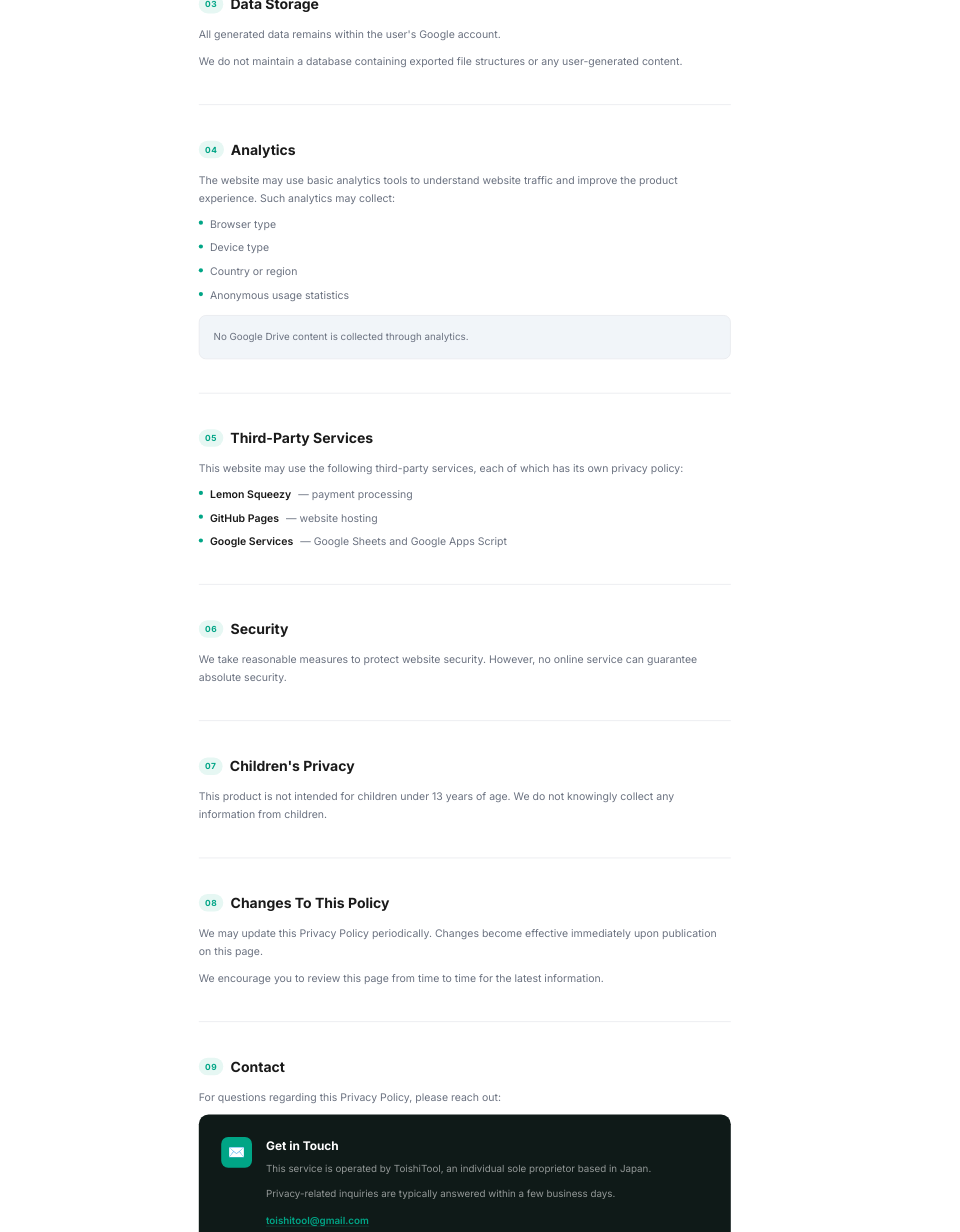
Repository: toishitool/gdrive-to-sheet
Page: privacy-policy.html
The author's editor kept a copy of each file at every save. The page is drawn from the files as they stood at one save, then again after the next save.
The browser window is 1280 px wide. The page is 1372 px wide, so the pictures cover 1372 px, including what lies to the right of the window. The pictures show the part of the page from y = 1123 to 2883 px (the page is 3201 px tall before and 3213 px after), at 70% of full size.

Above is the page before, as saved 2026-06-21 20:33:14.

### privacy-policy.html
<!DOCTYPE html>
<html lang="en" class="scroll-smooth">
<head>
  <meta charset="UTF-8" />
  <meta name="viewport" content="width=device-width, initial-scale=1.0" />
  <title>Privacy Policy – GDrive To Sheet</title>
  <meta name="description" content="Privacy Policy for GDrive To Sheet. Learn how we handle your data — spoiler: we don't collect any." />
  <meta name="robots" content="noindex" />
  <link rel="canonical" href="https://toishitool.github.io/gdrive-to-sheet/privacy-policy.html" />

  <link rel="preconnect" href="https://fonts.googleapis.com" />
  <link rel="preconnect" href="https://fonts.gstatic.com" crossorigin />
  <link href="https://fonts.googleapis.com/css2?family=Inter:wght@300;400;500;600;700;800&display=swap" rel="stylesheet" />

  <link rel="stylesheet" href="style.css">
</head>
<body>

<div id="header-container"></div>


<main>
  <div class="page-wrap">

    <header class="page-header">
      <span class="eyebrow">Legal</span>
      <h1>Privacy Policy</h1>
      <div class="meta">
        <span>GDrive To Sheet</span>
        <span class="meta-dot">·</span>
        <span id="last-updated">Last updated: —</span>
      </div>
    </header>

    <div class="intro-block">
      <span class="icon">🔒</span>
      <p>Thank you for using <strong>GDrive To Sheet</strong>. Your privacy is important to us. This policy explains what data we do — and do not — collect, and how the product operates with respect to your files.</p>
    </div>

    <div class="content-layout">

      <div class="main-content">
        <div class="policy-section" id="s1">
          <h2><span class="section-num">01</span>Information We Collect</h2>
          <p>GDrive To Sheet does not collect, store, transmit, or sell personal files or Google Drive contents.</p>
          <p>The product operates directly within the user's own Google Account through Google Apps Script and Google Sheets.</p>
          <p>We do not operate any external processing servers for file analysis.</p>
        </div>
        <div class="section-divider"></div>

        <div class="policy-section" id="s2">
          <h2><span class="section-num">02</span>Google Drive Access</h2>
          <p>The product requires Google permissions solely to:</p>
          <ul>
            <li>Read folder and file metadata</li>
            <li>Generate folder structure exports</li>
            <li>Create spreadsheet outputs within the user's Google account</li>
          </ul>
          <div class="highlight-card">
            <p>The tool does <strong>not</strong> upload file contents to any external server. All processing happens within your Google account.</p>
          </div>
        </div>
        <div class="section-divider"></div>

        <div class="policy-section" id="s3">
          <h2><span class="section-num">03</span>Data Storage</h2>
          <p>All generated data remains within the user's Google account.</p>
          <p>We do not maintain a database containing exported file structures or any user-generated content.</p>
        </div>
        <div class="section-divider"></div>

        <div class="policy-section" id="s4">
          <h2><span class="section-num">04</span>Analytics</h2>
          <p>The website may use basic analytics tools to understand website traffic and improve the product experience. Such analytics may collect:</p>
          <ul>
            <li>Browser type</li>
            <li>Device type</li>
            <li>Country or region</li>
            <li>Anonymous usage statistics</li>
          </ul>
          <div class="highlight-card">
            <p>No Google Drive content is collected through analytics.</p>
          </div>
        </div>
        <div class="section-divider"></div>

        <div class="policy-section" id="s5">
          <h2><span class="section-num">05</span>Third-Party Services</h2>
          <p>This website may use the following third-party services, each of which has its own privacy policy:</p>
          <ul>
            <li><strong>Lemon Squeezy</strong> — payment processing</li>
            <li><strong>GitHub Pages</strong> — website hosting</li>
            <li><strong>Google Services</strong> — Google Sheets and Google Apps Script</li>
          </ul>
        </div>
        <div class="section-divider"></div>

        <div class="policy-section" id="s6">
          <h2><span class="section-num">06</span>Security</h2>
          <p>We take reasonable measures to protect website security. However, no online service can guarantee absolute security.</p>
        </div>
        <div class="section-divider"></div>

        <div class="policy-section" id="s7">
          <h2><span class="section-num">07</span>Children's Privacy</h2>
          <p>This product is not intended for children under 13 years of age. We do not knowingly collect any information from children.</p>
        </div>
        <div class="section-divider"></div>

        <div class="policy-section" id="s8">
          <h2><span class="section-num">08</span>Changes To This Policy</h2>
          <p>We may update this Privacy Policy periodically. Changes become effective immediately upon publication on this page.</p>
          <p>We encourage you to review this page from time to time for the latest information.</p>
        </div>
        <div class="section-divider"></div>

        <div class="policy-section" id="s9">
          <h2><span class="section-num">09</span>Contact</h2>
          <p>For questions regarding this Privacy Policy, please reach out:</p>
          <div class="contact-block">
            <div class="cicon">✉️</div>
            <div>
              <h3>Get in Touch</h3>
              <p>This service is operated by ToishiTool, an individual sole proprietor based in Japan.</p>
              <p>Privacy-related inquiries are typically answered within a few business days.</p>
              <a href="mailto:toishitool@gmail.com">toishitool@gmail.com</a>
            </div>
          </div>
        </div>
      </div>

      <input type="checkbox" id="toc-toggle" class="toc-trigger-input" />

      <label for="toc-toggle" class="toc-trigger-btn" aria-label="Toggle contents menu">
        <svg class="icon-open" width="22" height="22" fill="none" stroke="currentColor" stroke-width="2.5" viewBox="0 0 24 24">
          <line x1="3" y1="12" x2="21" y2="12"></line>
          <line x1="3" y1="6" x2="21" y2="6"></line>
          <line x1="3" y1="18" x2="21" y2="18"></line>
        </svg>
        <svg class="icon-close" width="22" height="22" fill="none" stroke="currentColor" stroke-width="2.5" viewBox="0 0 24 24">
          <line x1="18" y1="6" x2="6" y2="18"></line>
          <line x1="6" y1="6" x2="18" y2="18"></line>
        </svg>
      </label>

      <nav class="toc" aria-label="Table of contents">
        <h3>Contents</h3>
        <ol>
          <li><a href="#s1" onclick="document.getElementById('toc-toggle').checked = false;">Information We Collect</a></li>
          <li><a href="#s2" onclick="document.getElementById('toc-toggle').checked = false;">Google Drive Access</a></li>
          <li><a href="#s3" onclick="document.getElementById('toc-toggle').checked = false;">Data Storage</a></li>
          <li><a href="#s4" onclick="document.getElementById('toc-toggle').checked = false;">Analytics</a></li>
          <li><a href="#s5" onclick="document.getElementById('toc-toggle').checked = false;">Third-Party Services</a></li>
          <li><a href="#s6" onclick="document.getElementById('toc-toggle').checked = false;">Security</a></li>
          <li><a href="#s7" onclick="document.getElementById('toc-toggle').checked = false;">Children's Privacy</a></li>
          <li><a href="#s8" onclick="document.getElementById('toc-toggle').checked = false;">Changes To This Policy</a></li>
          <li><a href="#s9" onclick="document.getElementById('toc-toggle').checked = false;">Contact</a></li>
        </ol>
      </nav>

    </div>
    </div>
</main>

<div id="footer-container"></div>
<script src="js/common.js"></script>


<script>
  // Auto date
  const d = new Date();
  const formatted = d.toLocaleDateString('en-US', { year: 'numeric', month: 'long', day: 'numeric' });
  document.getElementById('last-updated').textContent = 'Last updated: ' + formatted;
</script>

</body>
</html>

### header.html
<nav aria-label="Main navigation">
  <div class="nav-inner">
    <a href="index.html" class="nav-logo">
      <img src="images/logo_gdrivetosheet.png" alt="GDrive To Sheet" />
    </a>
    <a href="index.html" class="nav-back hover-underline">
      <svg width="14" height="14" fill="none" stroke="currentColor" stroke-width="2.5" viewBox="0 0 24 24"><polyline points="15 18 9 12 15 6"/></svg>
      Back to Home
    </a>
  </div>
</nav>

### footer.html
<footer role="contentinfo" class="footer">
  <div class="container">
    <div class="footer-inner">
      <a href="index.html" class="footer-logo">
        <img src="images/logo_gdrivetosheet_dk.png" alt="GDrive To Sheet Home" />
      </a>

      <div class="footer-links">
        <a href="privacy-policy.html">Privacy Policy</a>
        <a href="terms.html">Terms of Use</a>
        <a href="license.html">License Terms</a>
        <a href="refund-policy.html">Refund Policy</a>
        <a href="contact.html">Contact</a>
        <a href="support.html">Support &amp; FAQ</a>
      </div>

      <div class="footer-bottom-text">
        <span class="footer-copy">Independent software by ToishiTool</span>
        <span class="footer-copy">
          © <span id="year"></span> ToishiTool. All rights reserved.
        </span>

        <script>
          document.getElementById("year").textContent =
            new Date().getFullYear();
        </script>
      </div>
    </div>
  </div>
</footer>

Loaded but not shown: js/common.js (30 lines, source omitted); style.css (2936 lines, source omitted)

After the next save:
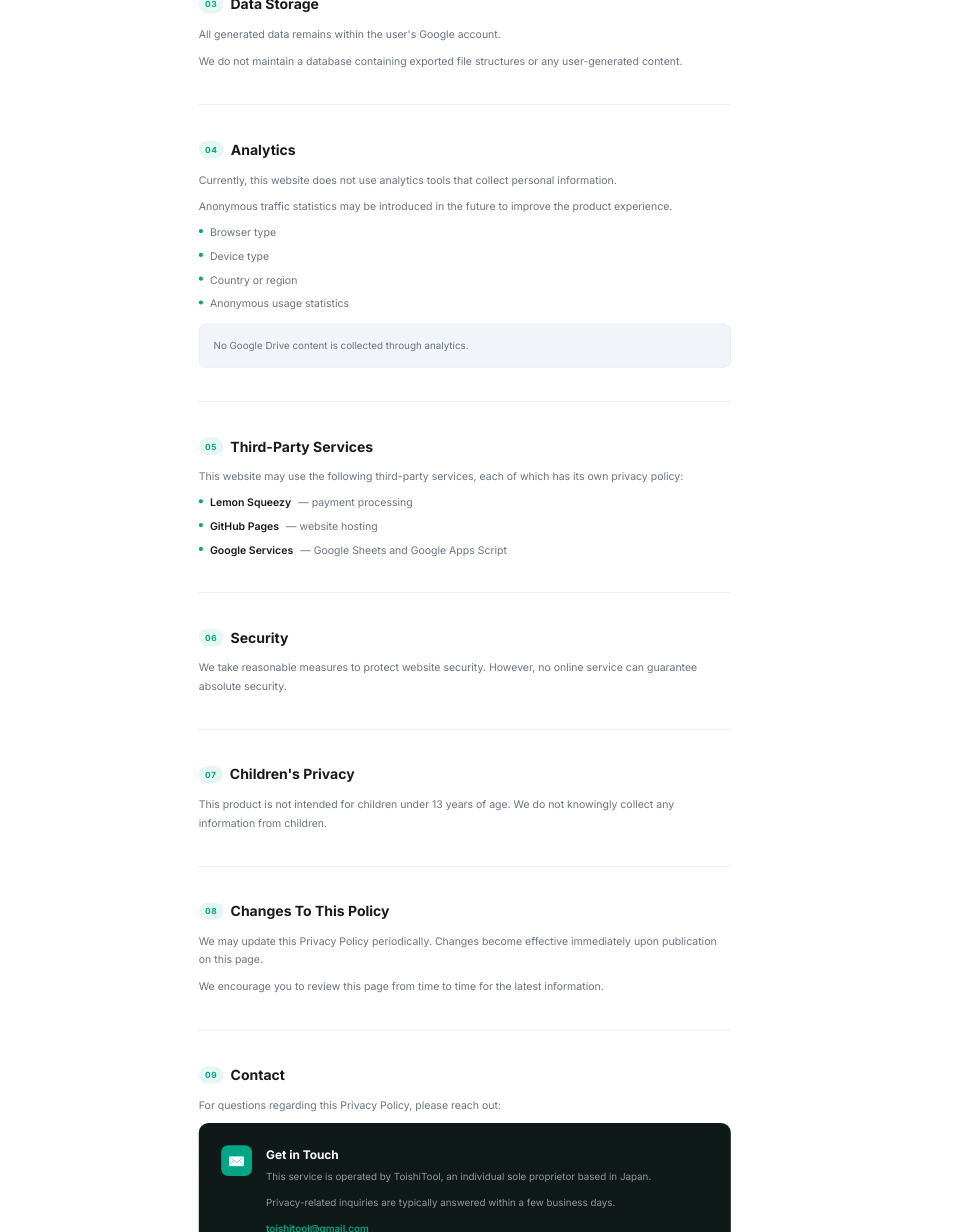
Saved 3 min 12 s later.
--- a/privacy-policy.html
+++ b/privacy-policy.html
@@ -5,7 +5,6 @@
   <meta name="viewport" content="width=device-width, initial-scale=1.0" />
   <title>Privacy Policy – GDrive To Sheet</title>
   <meta name="description" content="Privacy Policy for GDrive To Sheet. Learn how we handle your data — spoiler: we don't collect any." />
-  <meta name="robots" content="noindex" />
   <link rel="canonical" href="https://toishitool.github.io/gdrive-to-sheet/privacy-policy.html" />
 
   <link rel="preconnect" href="https://fonts.googleapis.com" />
@@ -71,8 +70,10 @@
 
         <div class="policy-section" id="s4">
           <h2><span class="section-num">04</span>Analytics</h2>
-          <p>The website may use basic analytics tools to understand website traffic and improve the product experience. Such analytics may collect:</p>
-          <ul>
+          <p>Currently, this website does not use analytics tools that collect personal information.</p>
+
+<p>Anonymous traffic statistics may be introduced in the future to improve the product experience.</p>
+<ul>
             <li>Browser type</li>
             <li>Device type</li>
             <li>Country or region</li>
